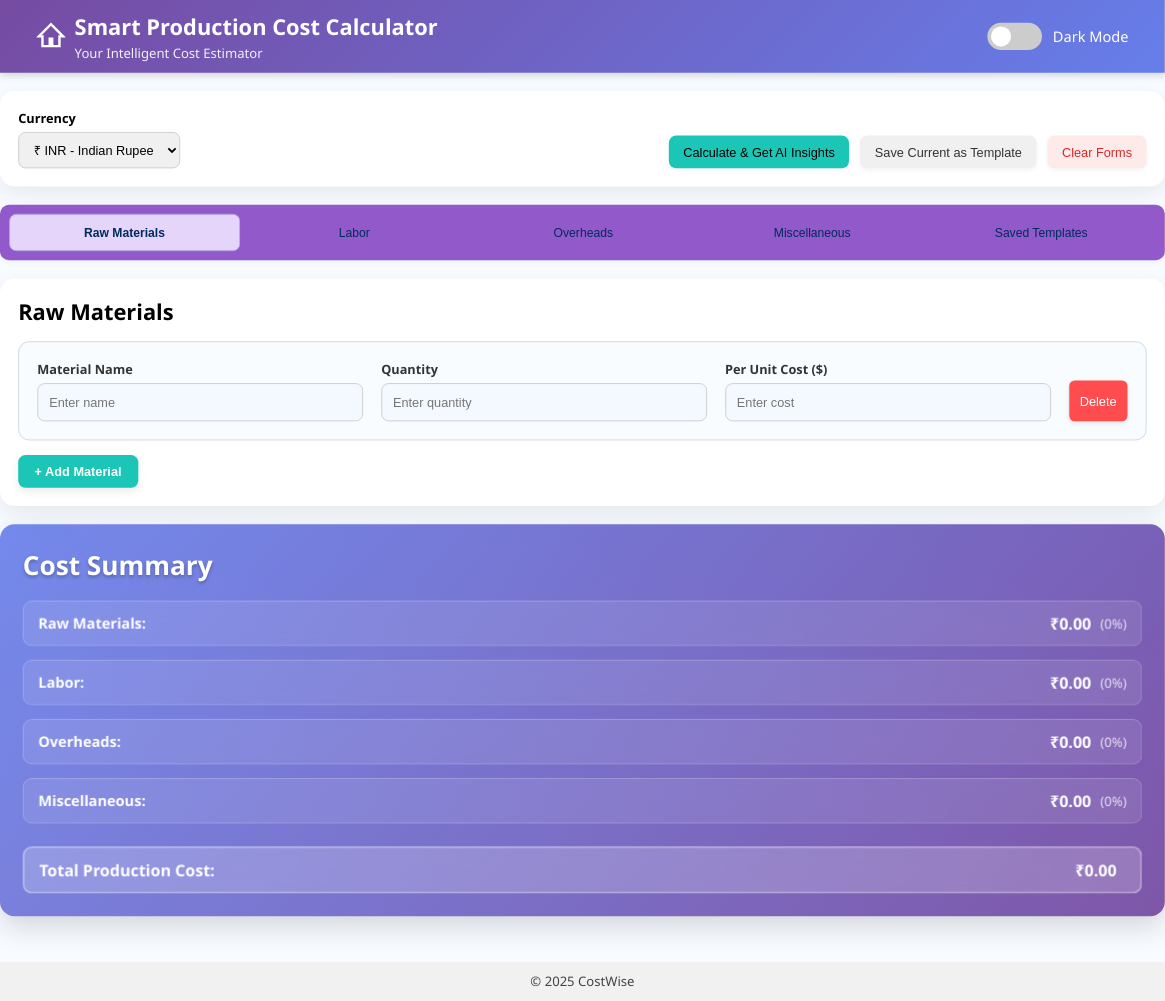
Repository: syntaxion25/COSTWISE
Page: index.html
These files come from the project's save history. The page is drawn as it stood at one moment and after the next save; the edit follows.
The browser window is 1280 px wide. The pictures show the whole page, at 91% of full size.

Above is the page before, as saved 2025-06-13 19:47:09.
Console error: ReferenceError: savedTemplates is not defined

After the next save:
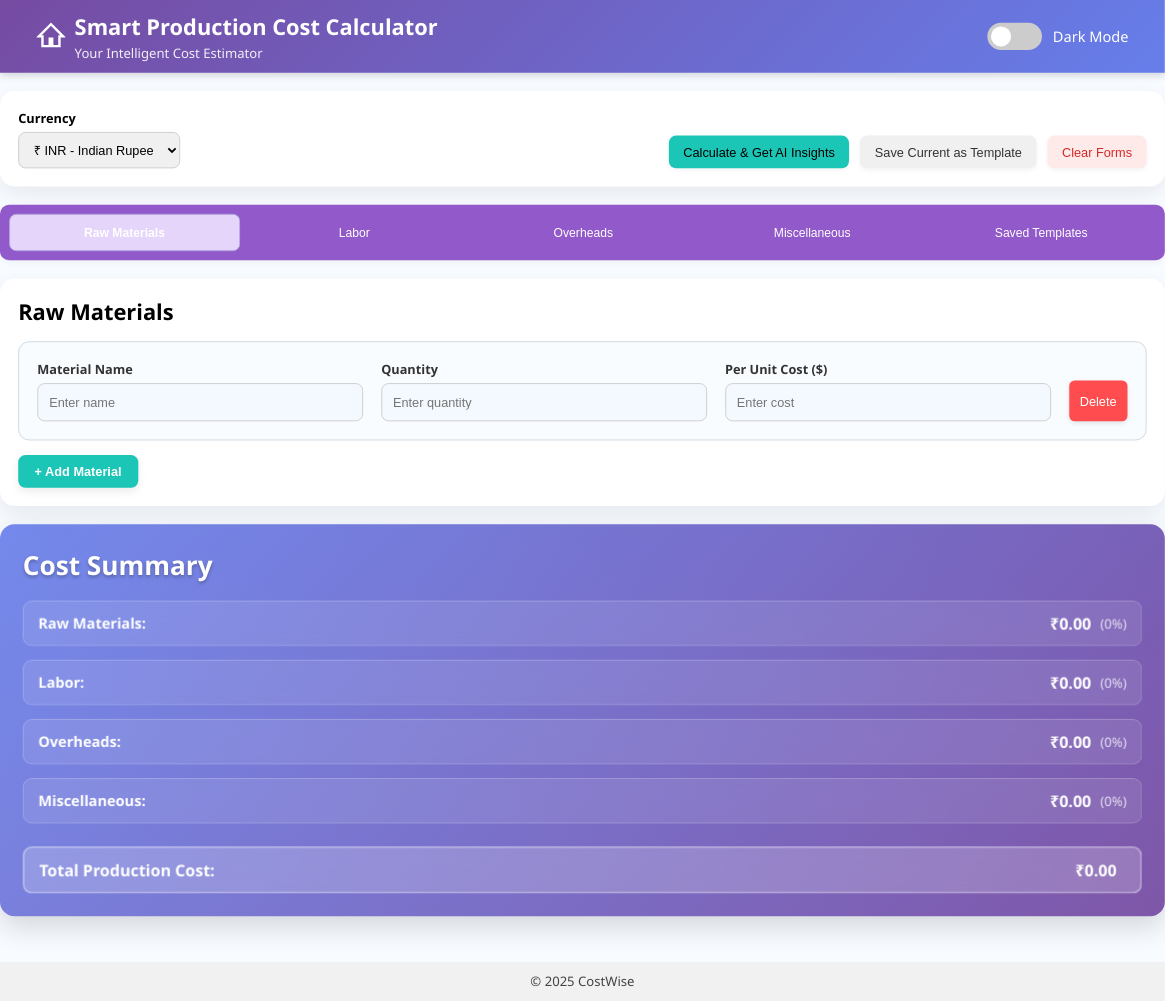
Saved 2 min 26 s later.
--- a/style.css
+++ b/style.css
@@ -269,7 +269,7 @@ svg {
    background-color:  #9159c9;
   padding: 12px 16px;
   text-align: center;
-  color: #002a5c;
+  color: #ffffff;
   font-weight: 500;
   text-decoration: none;
   transition: background-color 0.3s, font-weight 0.3s;
